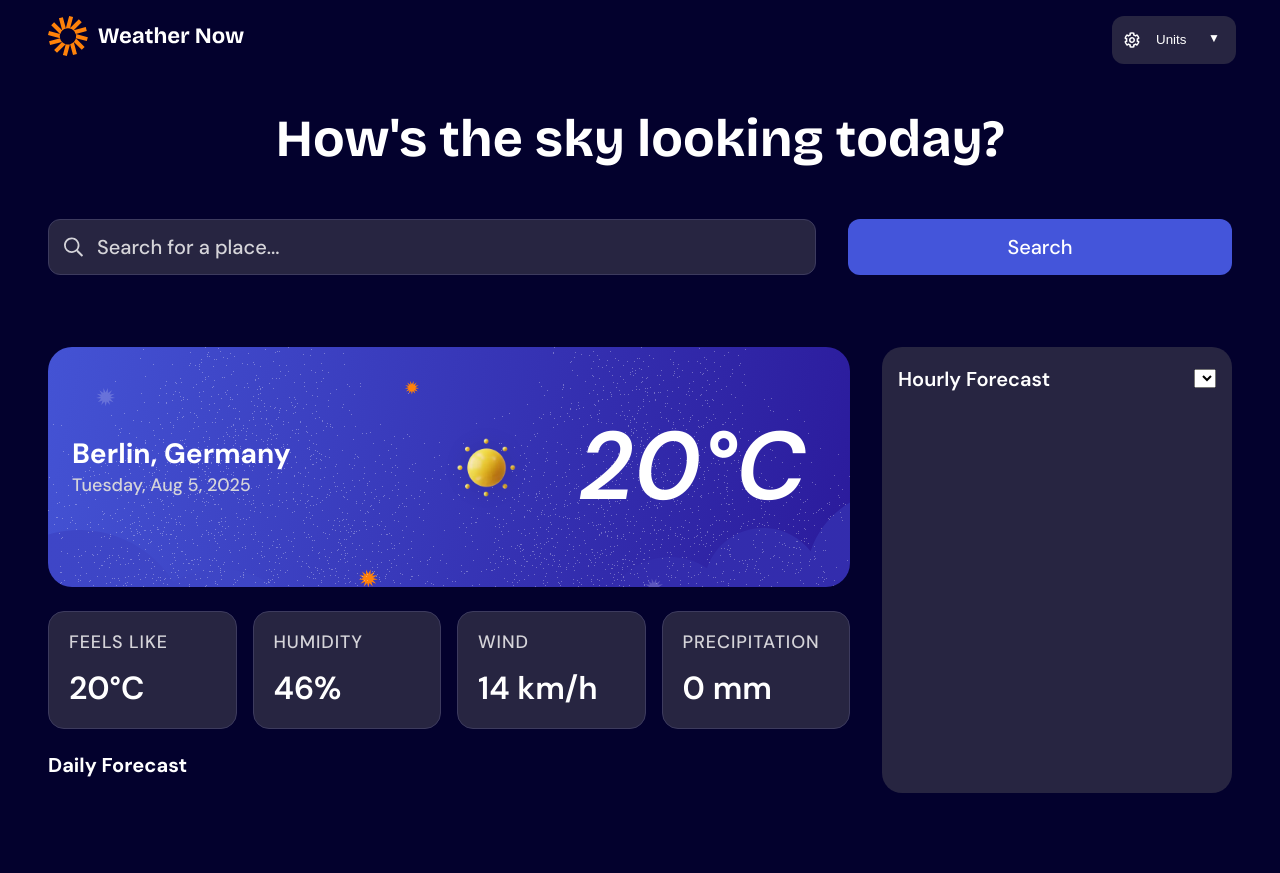
Repository: MKwaak/weather-app-main
Page: index.html
An editor plug-in stored every save of this project. The page is shown before and after the next save, followed by the edit.
The browser window is 1280 px wide. The pictures show the whole page.
The page's requests for data from a server got no answer.

Above is the page before, as saved 2026-02-01 01:45:54.

After the next save:
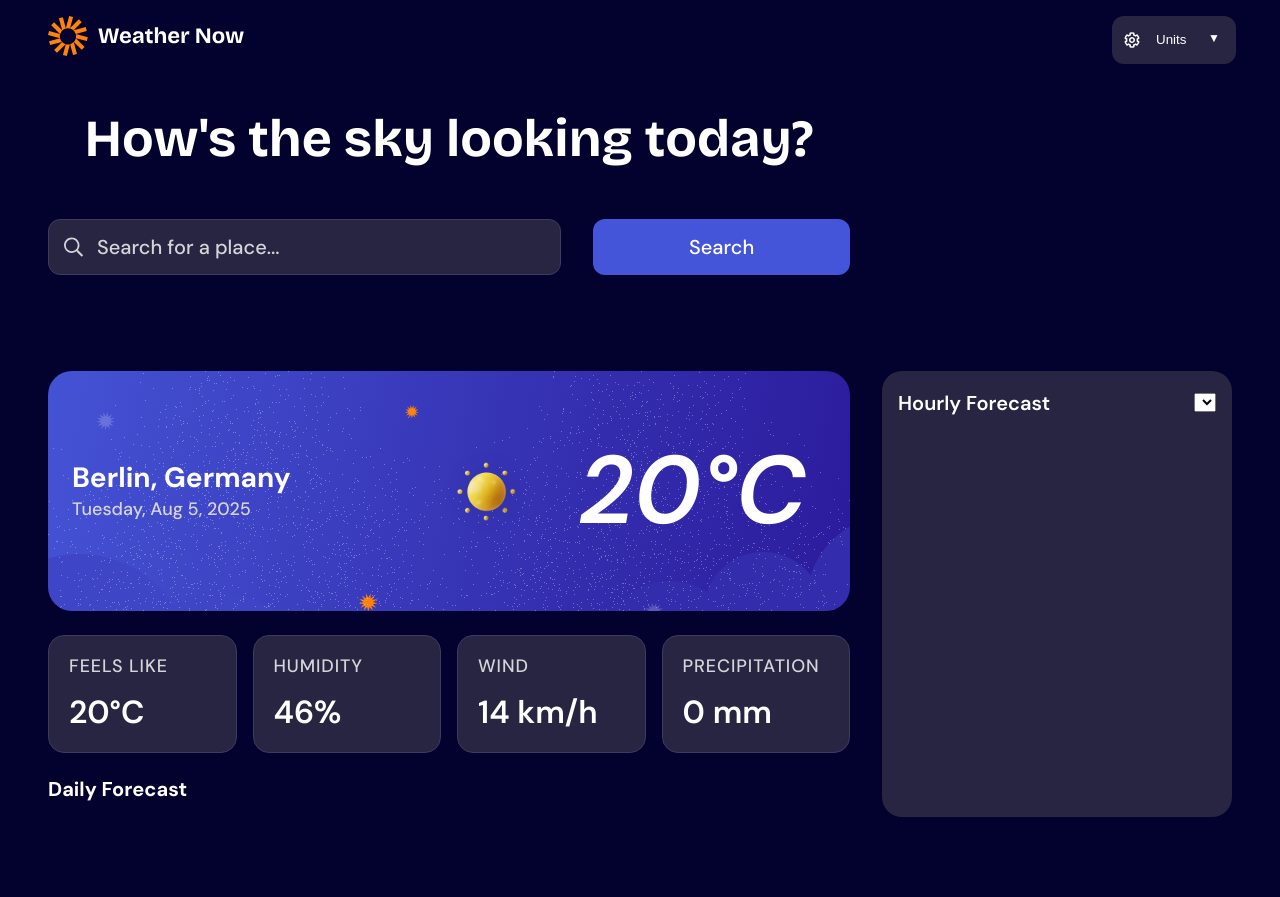
Saved 9 min 33 s later.
--- a/style.css
+++ b/style.css
@@ -303,16 +303,18 @@
   }
 }
 .hero {
-  /* De hero zelf mag breed zijn, maar de content moet gelijnd zijn */
-  width: 100%;
-  display: flex;
-  justify-content: center;
+  /* We zorgen dat de hero-sectie zelf ook een grid wordt of zich gedraagt als het dashboard */
+  display: grid;
+  grid-template-columns: 1fr 350px; /* Dezelfde verdeling als je dashboard! */
+  column-gap: 32px; /* Dezelfde gap als je dashboard! */
+  width: 100%;
+  margin-bottom: 24px;
 }
 
 .hero__content {
   display: grid;
   /* Zorg dat de content-grid hetzelfde doet als de rest */
-  grid-template-columns: minmax(0, 2fr) minmax(0, 1fr);
+  /*grid-template-columns: minmax(0, 2fr) minmax(0, 1fr);*/
   column-gap: 32px;
   width: 100%;
   max-width: calc(1184 / 16 * 1rem);
